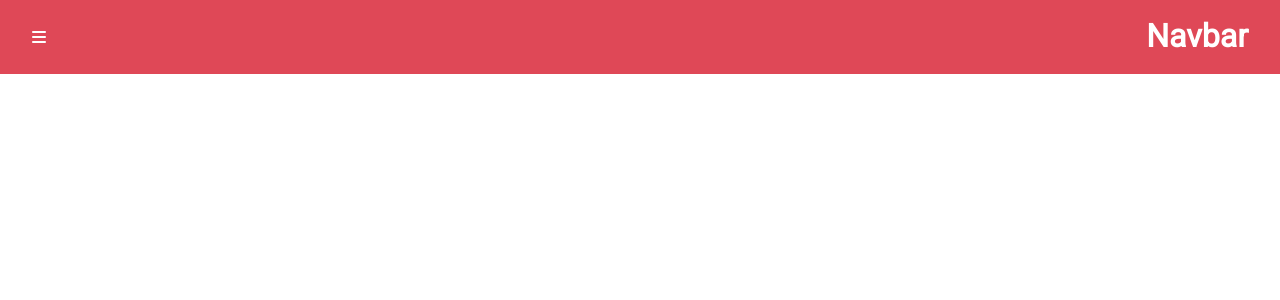
Repository: madebymt/github-finder
Page: /
An editor plug-in stored every save of this project. The page is shown before and after the next save, followed by the edit.
The browser window is 1280 px wide. The pictures show the whole page.
Some web libraries are served in a nearby version. The project was rebuilt for these pictures with package versions that can differ from the ones it lists, and the page was loaded fresh each time.

Above is the page before, as saved 2019-07-06 10:56:55.

### public/index.html
<!DOCTYPE html>
<html lang="en">
  <head>
    <meta charset="utf-8" />
    <link rel="shortcut icon" href="%PUBLIC_URL%/favicon.ico" />
    <meta name="viewport" content="width=device-width, initial-scale=1" />
    <meta name="theme-color" content="#000000" />

    <link rel="manifest" href="%PUBLIC_URL%/manifest.json" />
    <script src="https://kit.fontawesome.com/0008482327.js"></script>
    <title>React App</title>
  </head>
  <body>
    <noscript>You need to enable JavaScript to run this app.</noscript>
    <div id="root"></div>
    <!--
      This HTML file is a template.
      If you open it directly in the browser, you will see an empty page.

      You can add webfonts, meta tags, or analytics to this file.
      The build step will place the bundled scripts into the <body> tag.

      To begin the development, run `npm start` or `yarn start`.
      To create a production bundle, use `npm run build` or `yarn build`.
    -->
  </body>
</html>

### src/App.js
import React, { Component } from "react";
import "./App.css";
import Navbar from "./components/layout/Navbar";

class App extends Component {
  render() {
    return (
      <div className='App'>
        <Navbar title='github finder' />
      </div>
    );
  }
}

export default App;

### src/components/layout/Navbar.js
import React, { Component } from "react";

export class Navbar extends Component {
  render() {
    return (
      <div className='navbar bg-primary'>
        <i class='fas fa-bars' />
        <h1>Navbar</h1>
      </div>
    );
  }
}

export default Navbar;

Loaded but not shown: src/index.js (common file); src/App.css (common file)

After the next save:
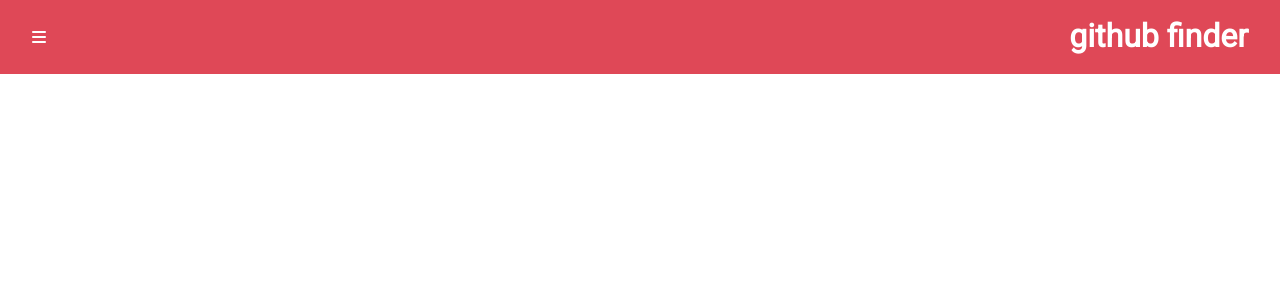
Saved 13 s later.
--- a/src/components/layout/Navbar.js
+++ b/src/components/layout/Navbar.js
@@ -5,7 +5,7 @@
     return (
       <div className='navbar bg-primary'>
         <i class='fas fa-bars' />
-        <h1>Navbar</h1>
+        <h1>{this.props.title}</h1>
       </div>
     );
   }
